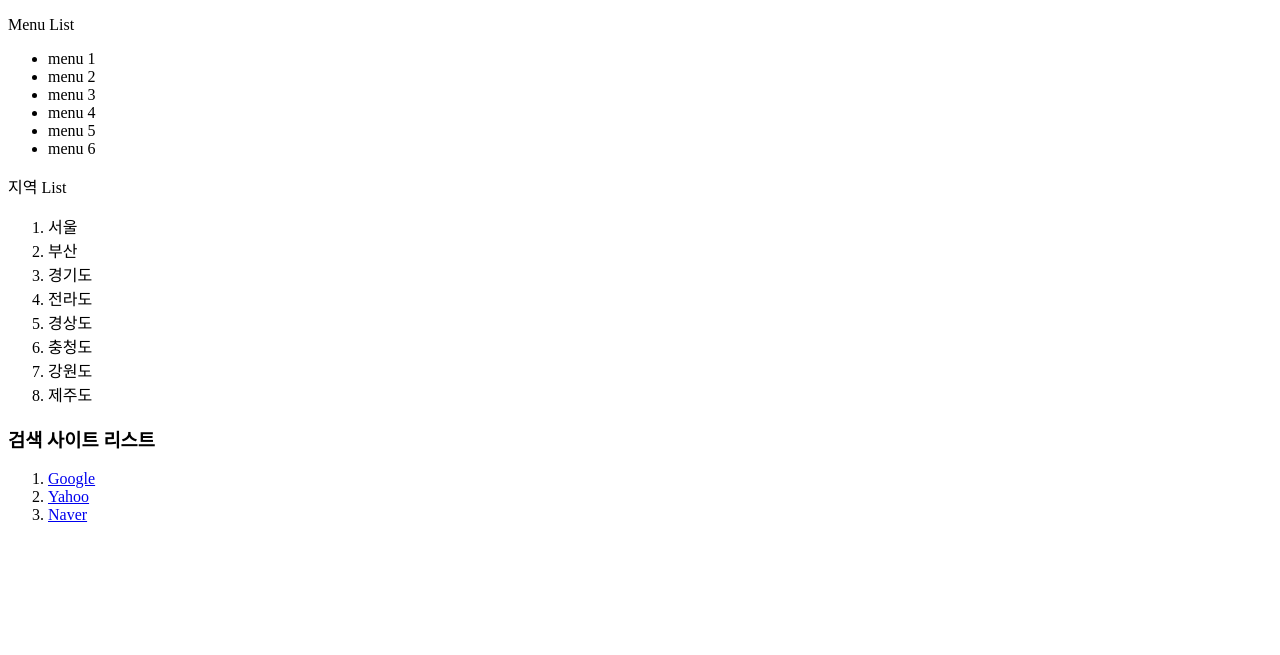
Repository: usonihs/StudyX
Page: JSP/HTML/src/main/webapp/Lec03.html
These files come from the project's save history. The page is drawn as it stood at one moment and after the next save; the edit follows.
The browser window is 1280 px wide. The pictures show the whole page.

Above is the page before, as saved 2022-10-19 03:38:10.

After the next save:
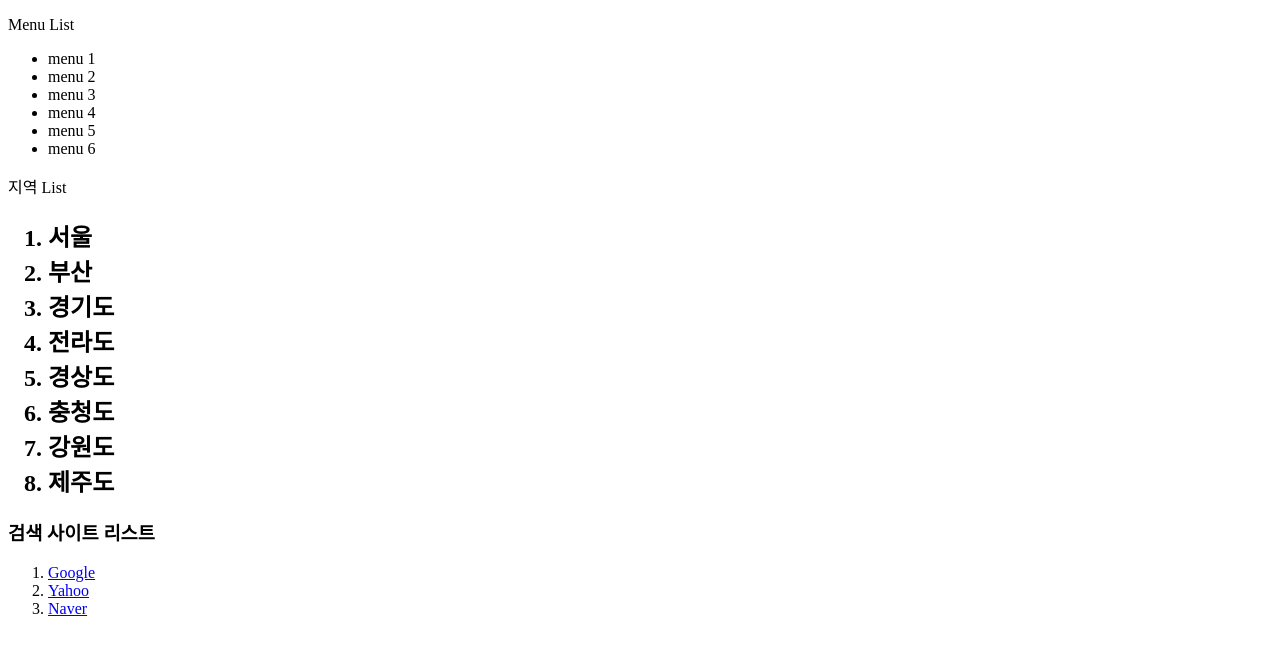
Saved 43 s later.
--- a/JSP/HTML/src/main/webapp/Lec03.html
+++ b/JSP/HTML/src/main/webapp/Lec03.html
@@ -16,7 +16,7 @@
 	</ul>
 
 	<p>지역 List</p>
-	<ol>
+	<ol><h2>
 		<li>서울</li>
 		<li>부산</li>
 		<li>경기도</li>
@@ -25,7 +25,7 @@
 		<li>충청도</li>
 		<li>강원도</li>
 		<li>제주도</li>
-	</ol>
+	</h2></ol>
 
 	<h3>검색 사이트 리스트</h3>
 	<ol>
